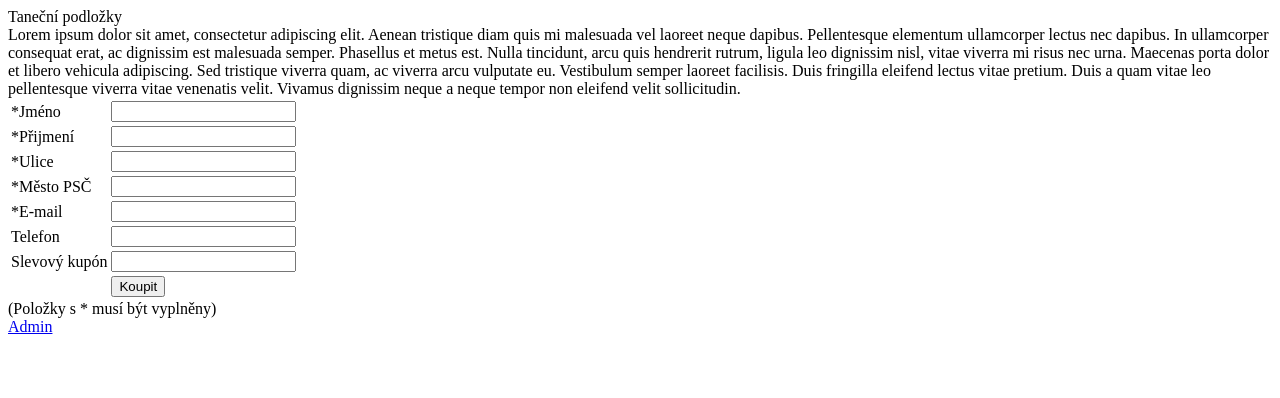
Repository: shadowroot/workspace
Page: http://localhost/
An editor plug-in stored every save of this project. The page is shown before and after the next save, followed by the edit.
The browser window is 1280 px wide. The pictures show the whole page.
The page is run by PHP 8.4 with error messages shown; the project is at /var/www/html/.

Above is the page before, as saved 2011-11-30 22:03:28.

### tommys_job/index.php
<!DOCTYPE html PUBLIC "-//W3C//DTD XHTML 1.0 Transitional//EN" "http://www.w3.org/TR/xhtml1/DTD/xhtml1-transitional.dtd">
<html>

<head>
<meta http-equiv="Content-Type" content="text/html; charset=UTF-8" />
<meta name="description" content="Taneční podložky" />
<title>Taneční podložky</title>
</head>
<body>
	<div id="nadpis">Taneční podložky</div>
	<div id="predmet_foto"></div>
	<div id="info">Lorem ipsum dolor sit amet, consectetur adipiscing elit.
		Aenean tristique diam quis mi malesuada vel laoreet neque dapibus.
		Pellentesque elementum ullamcorper lectus nec dapibus. In ullamcorper
		consequat erat, ac dignissim est malesuada semper. Phasellus et metus
		est. Nulla tincidunt, arcu quis hendrerit rutrum, ligula leo dignissim
		nisl, vitae viverra mi risus nec urna. Maecenas porta dolor et libero
		vehicula adipiscing. Sed tristique viverra quam, ac viverra arcu
		vulputate eu. Vestibulum semper laoreet facilisis. Duis fringilla
		eleifend lectus vitae pretium. Duis a quam vitae leo pellentesque
		viverra vitae venenatis velit. Vivamus dignissim neque a neque tempor
		non eleifend velit sollicitudin.</div>
	<div id="cena"></div>
	<div id="nova_cena"></div>

	<div id="div_form">


	<?php
	if(isset($_GET['error']) && $_GET['error'] == 1){
		echo '<div class="error">Nevyplnili jste správně formulář!</div>';
	}
	if(isset($_GET['error']) && $_GET['error'] == 0){
		echo '<div class="error">Zboží bylo obědnáno</div>';
	}
	?>
		<form action="process.php" method="post">
			<table id="form">
				<tr class="form_col">
					<td>*Jméno</td>
					<td><input type="text" size="20" name="jmeno"
						value="<?php if(isset($_GET['jmeno'])){echo $_GET['jmeno'];} ?>" />
					</td>
				</tr>
				<tr class="form_col">
					<td>*Přijmení</td>
					<td><input type="text" size="20" name="prijmeni"
						value="<?php if(isset($_GET['prijmeni'])){echo $_GET['prijmeni'];} ?>" />
					</td>
				</tr>
				<tr class="form_col">
					<td>*Ulice</td>
					<td><input type="text" size="20" name="ulice"
						value="<?php if(isset($_GET['ulice']))echo $_GET['ulice']; ?>" />
					</td>
				</tr>
				<tr class="form_col">
					<td>*Město PSČ</td>
					<td><input type="text" size="20" name="mesto"
						value="<?php if(isset($_GET['mesto']))echo $_GET['mesto']; ?>" />
					</td>
				</tr>
				<tr class="form_col">
					<td>*E-mail</td>
					<td><input type="text" size="20" name="email"
						value="<?php if(isset($_GET['email']))echo $_GET['email']; ?>" />
					</td>
				</tr>
				<tr class="form_col">
					<td>Telefon</td>
					<td><input type="text" size="20" name="telefon"
						value="<?php if(isset($_GET['tel']))echo $_GET['tel']; ?>" /></td>
				</tr>
				<tr class="form_col">
					<td>Slevový kupón</td>
					<td><input type="text" size="20" name="sleva"
						value="<?php if(isset($_GET['sleva']))echo $_GET['sleva']; ?>" />
					</td>
				</tr>
				<tr>
					<td></td>
					<td><input type="submit" value="Koupit" /></td>
				</tr>
			</table>
			<div id="minimal">(Položky s * musí být vyplněny)</div>
		</form>
	</div>
	<div id="footer"><a href="view.php">Admin</a></div>
</body>
</html>

After the next save:
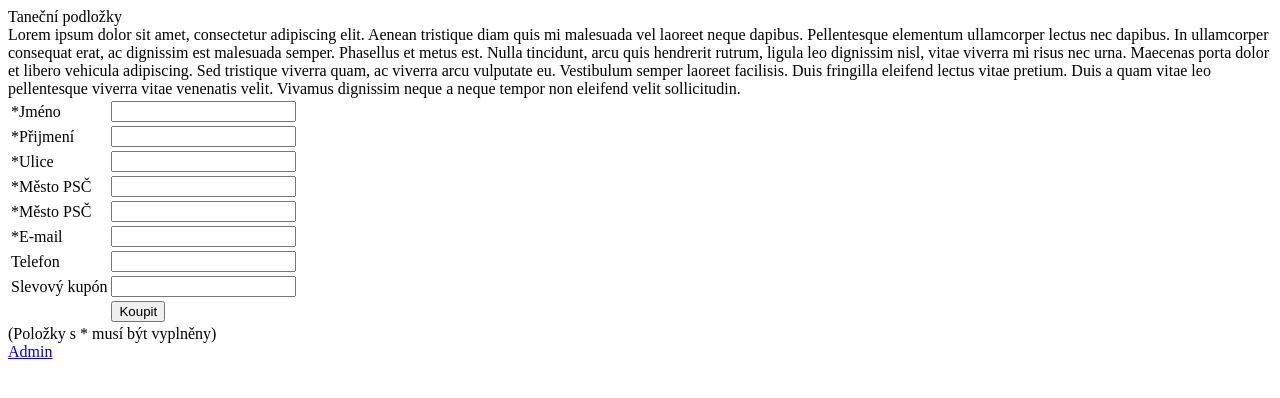
Saved 115 s later.
--- a/tommys_job/index.php
+++ b/tommys_job/index.php
@@ -61,6 +61,12 @@
 					</td>
 				</tr>
 				<tr class="form_col">
+					<td>*Město PSČ</td>
+					<td><input type="text" size="20" name="psc"
+						value="<?php if(isset($_GET['psc']))echo $_GET['psc']; ?>" />
+					</td>
+				</tr>
+				<tr class="form_col">
 					<td>*E-mail</td>
 					<td><input type="text" size="20" name="email"
 						value="<?php if(isset($_GET['email']))echo $_GET['email']; ?>" />
